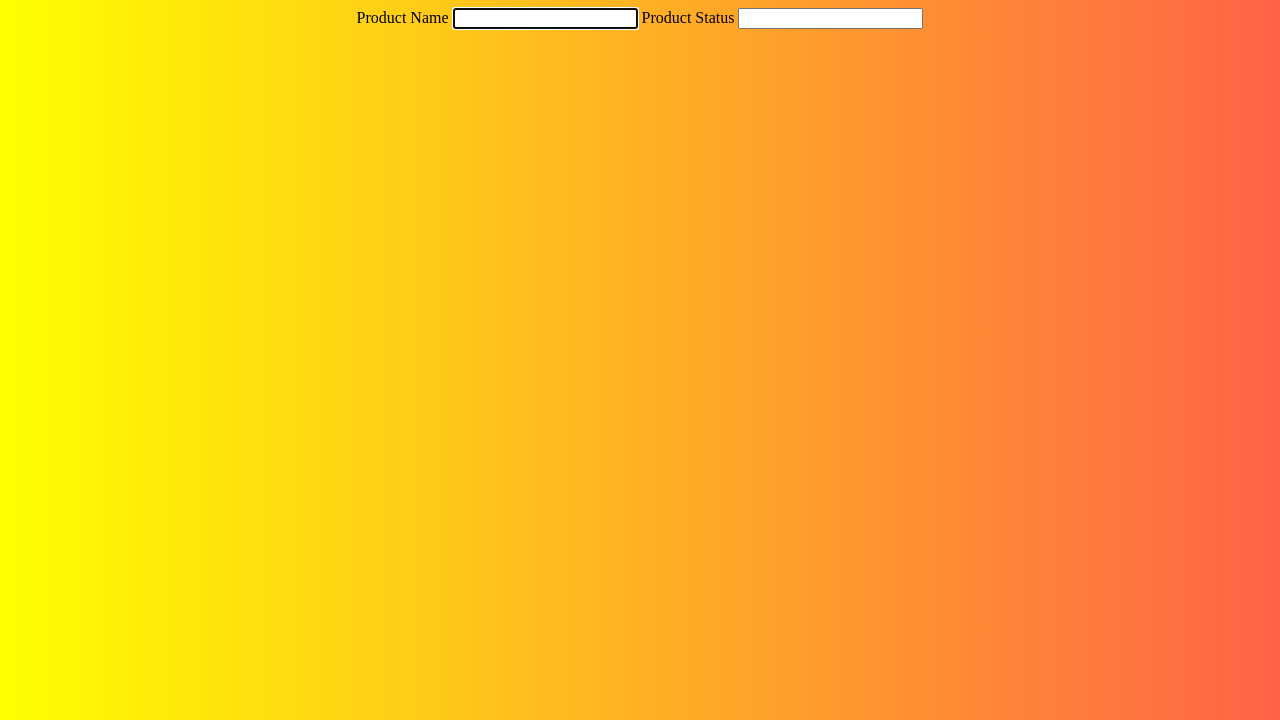
Repository: selvakumar46/Project-Maven
Page: http://localhost/ProjectKFC/StatusUpdate.jsp
An editor plug-in stored every save of this project. The page is shown before and after the next save, followed by the edit.
The browser window is 1280 px wide. The pictures show the whole page.
The page is served by Tomcat 9. Nobody is signed in. The application's start-up code is not run. Other server files are loaded and not shown.

Above is the page before, as saved 2022-01-07 09:34:44.

### ProjectKFC/src/main/webapp/StatusUpdate.jsp
<%@ page language="java" contentType="text/html; charset=ISO-8859-1"
    pageEncoding="ISO-8859-1"%>
<!DOCTYPE html>
<html>
<head>
<meta charset="ISO-8859-1">
<title>Meal Status Update</title>
<style>
body {
	background: linear-gradient(to right, yellow, tomato);
}

.container {
	margin-top: 270px;
}
</style>
</head>
<body>
	<center>
		<div>
			<form action="">
				<label for="update" id="productName">Product Name</label>
				<input type="text" name="productName" required autofocus>
				<label for="status" id="productStatus">Product Status</label>
				<input type="text" name="productStatus" required autofocus>
			</form>
		</div>
	</center>
</body>
</html>

After the next save:
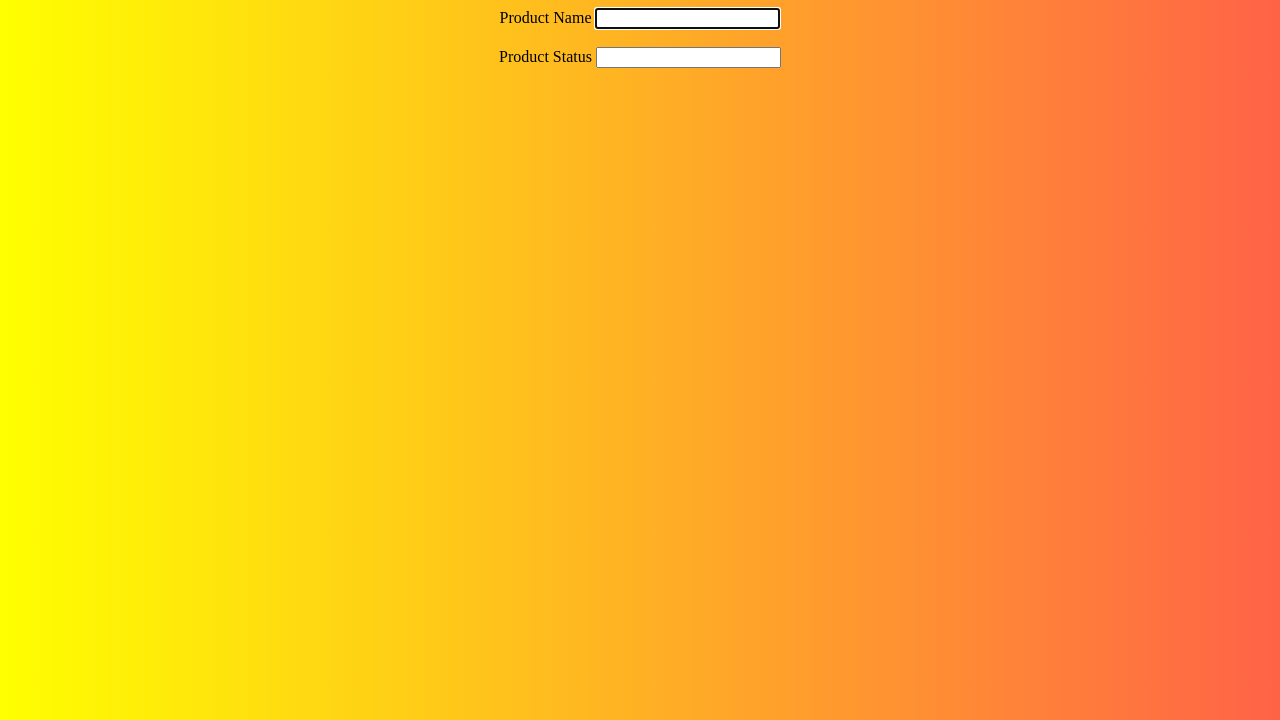
Saved 14 s later.
--- a/ProjectKFC/src/main/webapp/StatusUpdate.jsp
+++ b/ProjectKFC/src/main/webapp/StatusUpdate.jsp
@@ -20,7 +20,7 @@ body {
 		<div>
 			<form action="">
 				<label for="update" id="productName">Product Name</label>
-				<input type="text" name="productName" required autofocus>
+				<input type="text" name="productName" required autofocus> <br> <br>
 				<label for="status" id="productStatus">Product Status</label>
 				<input type="text" name="productStatus" required autofocus>
 			</form>
